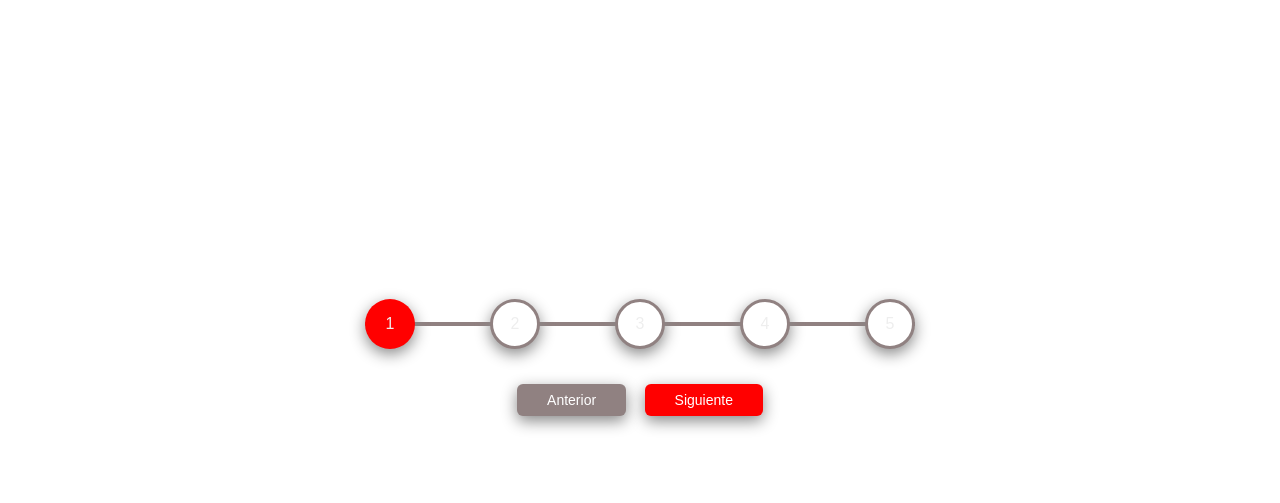
Repository: ElideZavala/Linea-de-tiempo
Page: index.html
An editor plug-in stored every save of this project. The page is shown before and after the next save, followed by the edit.
The browser window is 1280 px wide. The pictures show the whole page.
Some web fonts or font styles are not loaded; a fallback is used.

Above is the page before, as saved 2021-05-28 10:08:13.

After the next save:
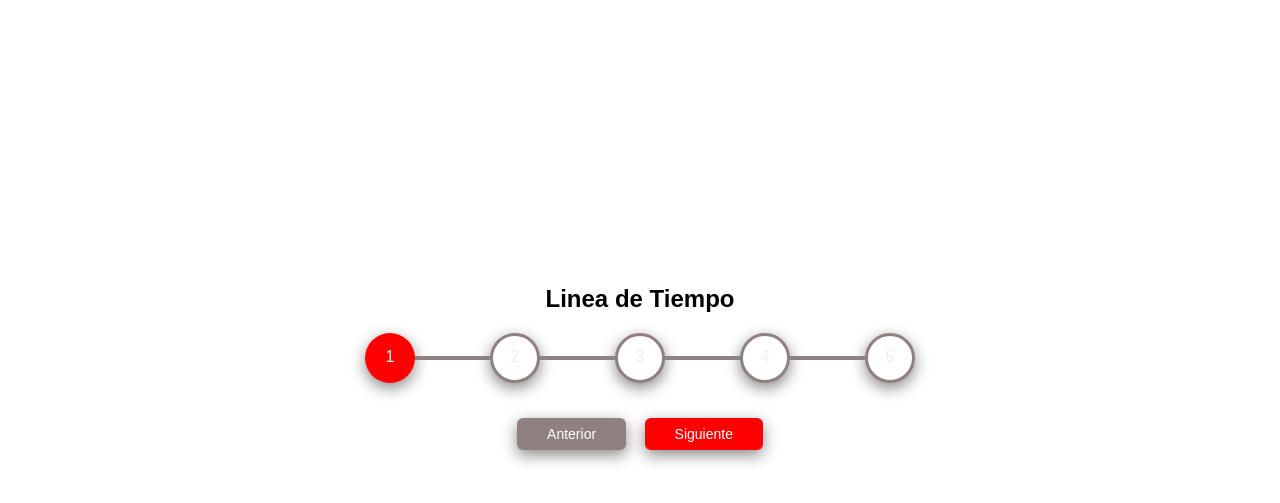
Saved 2 min 16 s later.
--- a/index.html
+++ b/index.html
@@ -10,6 +10,7 @@
 </head>
 <body>
 	<div class="container">
+		<h2>Linea de Tiempo</h2>
 		<div class="progress-container">
 			<div class="sombra3d"></div>
 			<div class="progress" id="progress"></div>
